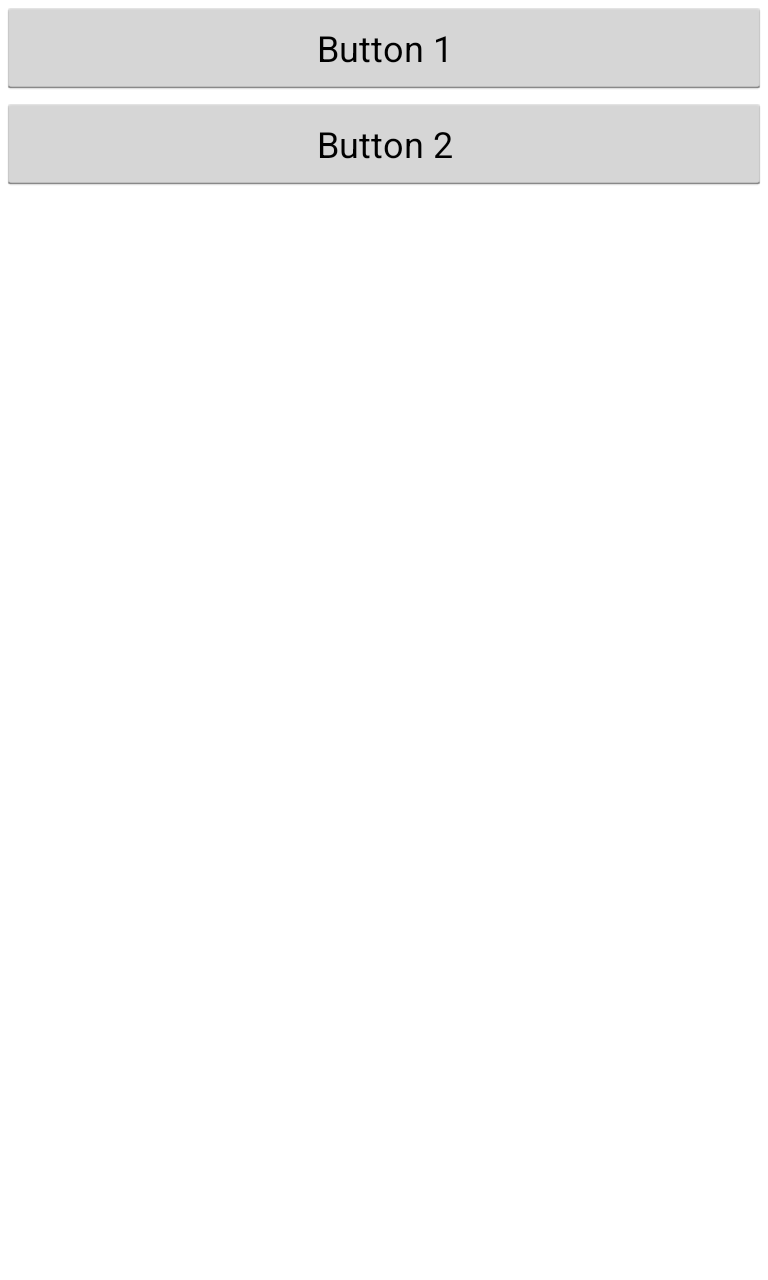
Repository: Lijianhao1995/Android
Layout: ActivityTest/res/layout/first_layout.xml
These files come from the project's save history. The layout is drawn as it stood at one moment and after the next save; the edit follows.
It is drawn on a 768 x 1280 px phone screen (xhdpi) without system bars, with theme AppTheme; the app's code is not run.

Above is the layout before, as saved 2015-04-26 07:50:54.

### ActivityTest/res/layout/first_layout.xml
<?xml version="1.0" encoding="utf-8"?>
<LinearLayout xmlns:android="http://schemas.android.com/apk/res/android"
    xmlns:tools="http://schemas.android.com/tools"
    android:layout_width="match_parent"
    android:layout_height="match_parent"
    android:orientation="vertical"
    tools:context=".FirstActivity" >

    <Button
        android:id="@+id/button_1"
        android:layout_width="match_parent"
        android:layout_height="wrap_content"

        android:text="Button 1"
        android:width="50dp" />

    <Button
        android:id="@+id/button_2"
        android:layout_width="match_parent"
        android:layout_height="wrap_content"

        android:text="Button 2"
        android:width="50dp" />

</LinearLayout>

Loaded but not shown: ActivityTest/res/values/styles.xml (common file); ActivityTest/res/values-v11/styles.xml (common file); ActivityTest/res/values-v14/styles.xml (common file)

After the next save:
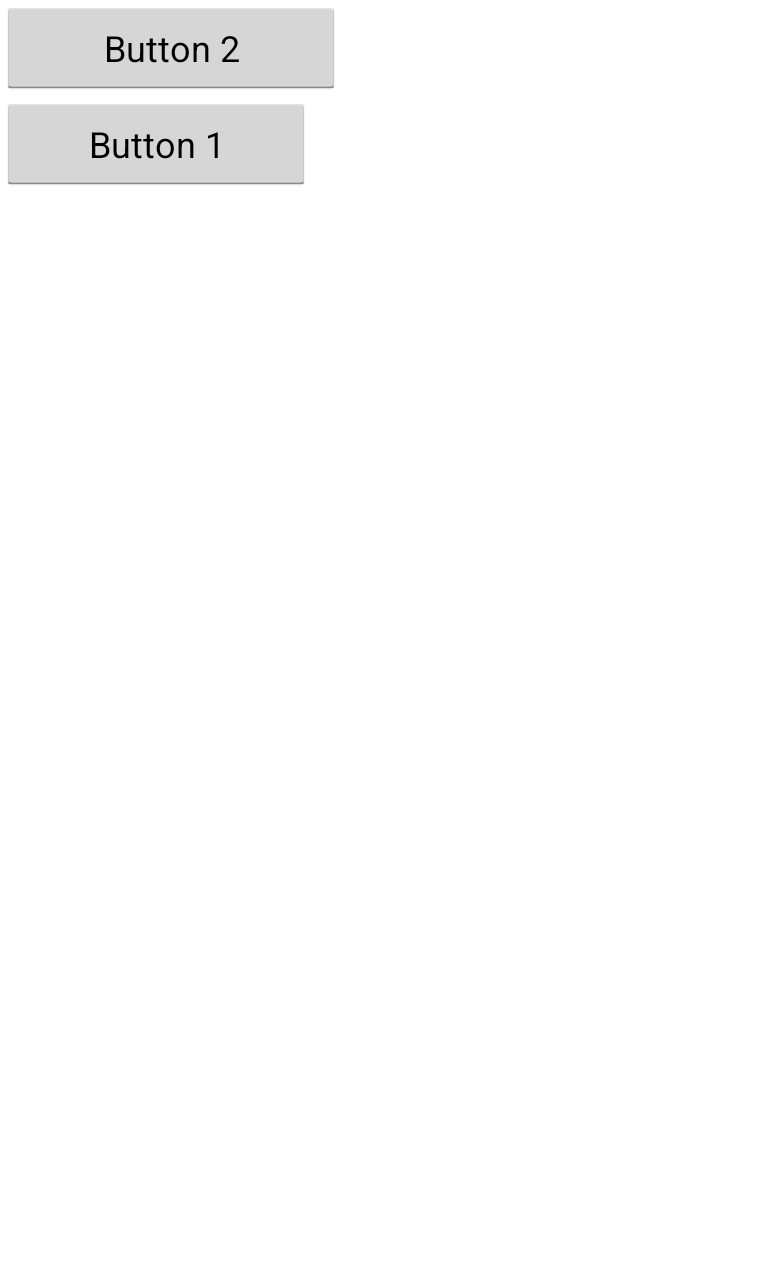
Saved 6 min 4 s later.
--- a/ActivityTest/res/layout/first_layout.xml
+++ b/ActivityTest/res/layout/first_layout.xml
@@ -7,19 +7,15 @@
     tools:context=".FirstActivity" >
 
     <Button
-        android:id="@+id/button_1"
-        android:layout_width="match_parent"
+        android:id="@+id/button_2"
+        android:layout_width="171dp"
         android:layout_height="wrap_content"
-
-        android:text="Button 1"
-        android:width="50dp" />
+        android:text="Button 2" />
 
     <Button
-        android:id="@+id/button_2"
-        android:layout_width="match_parent"
+        android:id="@+id/button_1"
+        android:layout_width="156dp"
         android:layout_height="wrap_content"
-
-        android:text="Button 2"
-        android:width="50dp" />
+        android:text="Button 1" />
 
 </LinearLayout>
